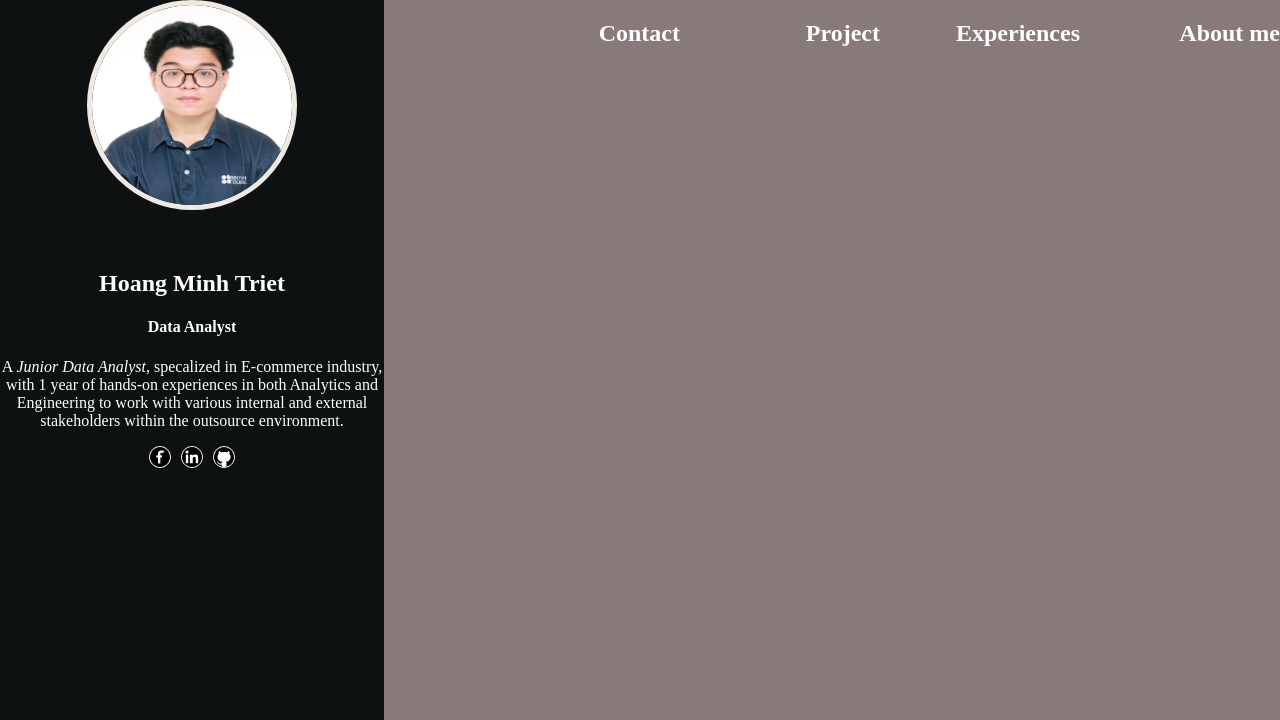
Repository: MinnTrit/personal_website
Page: http://localhost/
The author's editor kept a copy of each file at every save. The page is drawn from the files as they stood at one save, then again after the next save.
The browser window is 1280 px wide. The pictures show the whole page.
The page is served by the project's application, run on Flask 3 (app.py).

Above is the page before, as saved 2025-01-28 23:55:58.

### templates/index.html
<!DOCTYPE html>
<html lang="en">
<head>
    <meta charset="UTF-8">
    <meta name="viewport" content="width=device-width, initial-scale=1.0">
    <link rel="stylesheet" href="{{ url_for('static', filename='css/styles.css') }}">
    <title>Data Engineer - Hoang Minh Triet</title>
</head>
<body>
    <div class="sections">
        <section class="aboutMe">
            <h2>About me</h2>
        </section>
        <section class="experiences">
            <h2>Experiences</h2>
        </section>
        <section class="projects">
            <h2>Project</h2>
        </section>
        <section class="contact">
            <h2>Contact</h2>
        </section>
    </div>
    <div class="picture">
        <img src="{{ url_for('static', filename='imgs/personal_image.jpg') }}" alt="personalImage">
        <div class="pictureText">
            <h2>Hoang Minh Triet</h2>
            <h4>Data Analyst</h4>
            <p>A <em>Junior Data Analyst</em>, specalized in E-commerce industry, with 1 year of hands-on experiences in both Analytics and Engineering to work with various internal and external stakeholders within the outsource environment.</p>
        </div>
        <div class="information">
            <a href="https://www.facebook.com/minhtriet05042003/" target="_blank">
                <img class="facebook" src="{{ url_for('static', filename='imgs/facebook.jpg') }}" alt="facebook">
            </a>
            <a href="https://www.linkedin.com/in/minchit0504/" target="_blank">
                <img class="linkedin" src="{{ url_for('static', filename='imgs/linkedin-logo.png') }}" alt="linkedin">
            </a>
            <a href="https://www.linkedin.com/in/minchit0504/" target="_blank">
                <img class="github" src="{{ url_for('static', filename='imgs/github.png') }}" alt="github">
            </a>
        </div>
    </div>
</body>
</html>

### app.py
from flask import Flask, request, render_template
app = Flask(__name__)
app.debug=True
#Initialize common variables
@app.route('/', methods=['GET', 'POST'])
def index():
    if request.method == 'GET':
        return render_template('index.html')

if __name__ == '__main__':
    app.run(host='0.0.0.0', port=5002, debug=True)

### static/css/styles.css
html, body {
    height: 100%;
    margin: 0;
    color: white;
}

.picture {
    background-color:#0e1111;
    width: 30%;
    height: 100%;
}

.picture img {
    display: block;
    width: 200px;
    height: 200px;
    margin-left: auto;
    margin-right: auto;
    border-radius: 50%;
    border: 5px solid;
    border-color:#efe9e2;
}

.picture .pictureText {
    margin-top: 60px;
    text-align: center;
}

.sections {
    position: absolute;
    top: 0;
    right: 0;
    background-color:#887a7a;
    width: 70%;
    height: 100%;
}

.aboutMe {
    position: absolute;
    right: 0px;
}

.experiences {
    position: absolute;
    right: 200px;
}

.projects {
    position: absolute;
    right: 400px;
}

.contact {
    position: absolute;
    right: 600px;
}

.picture .information {

}

.information {
    display: flex;
    margin-bottom: auto;
    justify-content: center;
    gap: 10px;
}

.information img {
    width: 20px;
    height: 20px;
    display: inline-block;
    border: 1px solid;
    border-color: white;
}
/* .information .facebook {
    position: absolute;
    border-radius: 60%;
    width: 30px;
    height: 30px;
    top: 220px;
    left: 100px;
    border: 1px solid;
    border-color: white;
}

.information .linkedin {
    position: absolute;
    border-radius: 60%;
    width: 30px;
    height: 30px;
    top: 220px;
    left: 50px;
    border: 1px solid;
    border-color: white;
}

.information .github {
    position: absolute;
    border-radius: 60%;
    width: 30px;
    height: 30px;
    top: 220px;
    left: 150px;
    border: 1px solid;
    border-color: white;
} */

After the next save:
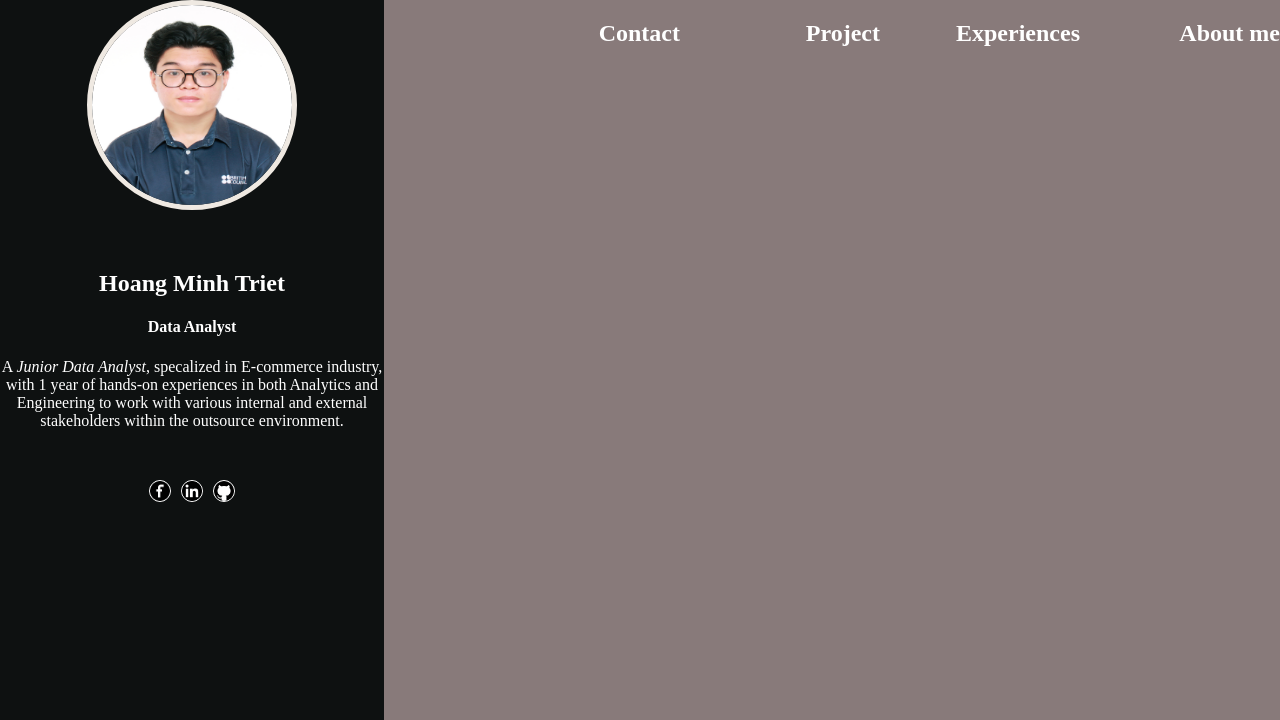
Saved 12 s later.
--- a/static/css/styles.css
+++ b/static/css/styles.css
@@ -61,7 +61,7 @@ html, body {
 
 .information {
     display: flex;
-    margin-bottom: auto;
+    margin-top: 50px;
     justify-content: center;
     gap: 10px;
 }
